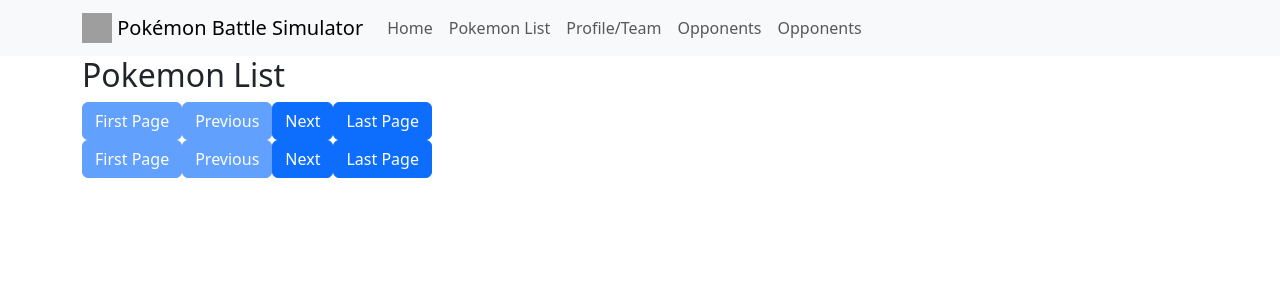
Repository: chsbca/Pokemon-Battle-Simulator
Page: /pokemon_list (app in front-end/)
These files come from the project's save history. The page is drawn as it stood at one moment and after the next save; the edit follows.
The browser window is 1280 px wide. The pictures show the whole page.
Pictures or frames that could not be fetched are drawn as grey boxes. The page's requests for data from a server got no answer. The project was rebuilt for these pictures with package versions that can differ from the ones it lists, and the page was loaded fresh each time. No one was signed in, and anything a server would have sent is missing. Also part of the build but not shown: front-end/vite.config.js, front-end/src/pages/Error404Page.jsx, front-end/src/pages/HomePage.jsx, front-end/src/pages/ProfilePage.jsx, front-end/src/pages/OpponentsPage.jsx.

Above is the page before, as saved 2024-04-11 11:47:54.

### front-end/index.html
<!doctype html>
<html lang="en">
  <head>
    <meta charset="UTF-8" />
    <link rel="icon" type="image/svg+xml" href="/vite.svg" />
    <meta name="viewport" content="width=device-width, initial-scale=1.0" />
    <title>Pokemon Battle Simulator!</title>
  </head>
  <body>
    <div id="root"></div>
    <script type="module" src="/src/main.jsx"></script>
  </body>
</html>

### front-end/src/main.jsx
import ReactDOM from "react-dom/client"
import { RouterProvider } from "react-router-dom"
import router from "./router"
import "bootstrap/dist/css/bootstrap.min.css";

ReactDOM.createRoot(document.getElementById('root')).render(
    <RouterProvider router={router}/>
    // <div>Hello world!</div>
)

### front-end/src/router.jsx
import { createBrowserRouter } from "react-router-dom";
import App from "./App.jsx"
import Error404Page from "./pages/Error404Page.jsx";
import HomePage from "./pages/HomePage.jsx"
import PokemonListPage from "./pages/PokemonListPage.jsx";
import ProfilePage from "./pages/ProfilePage.jsx";
import OpponentsPage from "./pages/OpponentsPage.jsx";

const router = createBrowserRouter([
    {
        path: "/",
        element: <App/>,
        children: [
            {
                index: true,
                element: <HomePage/>
            },
            {
                path: "/pokemon_list/",
                element: <PokemonListPage/>
            },
            {
                path: "/profile/",
                element: <ProfilePage/>
            },
            {
                path: "/opponents/",
                element: <OpponentsPage/>
            }
        ],
        errorElement: <Error404Page/>
    }
])

export default router;

### front-end/src/App.jsx
import { Outlet } from "react-router-dom"
import NavbarComponent from "./components/Navbar"

export default function App() {
  return (
    <>
      <NavbarComponent/>
      <Outlet/>
    </>
  )
}

### front-end/src/pages/PokemonListPage.jsx
import React, { useEffect, useState } from "react";
import axios from 'axios';
import { fetchPokemon } from "../fetching/PokemonFetch";
import 'bootstrap/dist/css/bootstrap.min.css';
import Spinner from 'react-bootstrap/Spinner';

const PokemonListPage = () => {
    const [pokemonDetails, setPokemonDetails] = useState([]);
    const [isLoading, setIsLoading] = useState(true);
    const [offset, setOffset] = useState(0);
    const limit = 20; // Number of items per page
    const totalPokemons = 1025; // Total number of Pokémon
    const lastPageOffset = totalPokemons - (totalPokemons % limit);



    console.log(`Current offset outside useEffect: ${offset}`); // Directly log state updates

    useEffect(() => {
        console.log(`Fetching with offset: ${offset}`); // Confirm offset is being updated

        const getPokemonDetails = async (pokemonList) => {
            const cacheKey = `pokemonDetails-${offset}`;
            const cachedData = sessionStorage.getItem(cacheKey);

            if (cachedData) {
                return JSON.parse(cachedData);
            }

            const promises = pokemonList.map(async (pokemon) => {
                const response = await axios.get(pokemon.url);
                const details = response.data;

                if (details.id >= 10000) {
                    return null;
                }

                return {
                    name: details.name,
                    pokedexNumber: details.id,
                    // sprite: details.sprites.front_default,
                    types: details.types.map(typeInfo => typeInfo.type.name),
                    stats: details.stats.reduce((acc, stat) => {
                        acc[stat.stat.name] = stat.base_stat;
                        return acc;
                    }, {})
                };
            });

            const detailedPokemon = await Promise.all(promises);
            sessionStorage.setItem(cacheKey, JSON.stringify(detailedPokemon)); // Cache the fetched data
            return detailedPokemon;
        };


        const getPokemon = async () => {
            setIsLoading(true);
            const data = await fetchPokemon(limit, offset);
            const detailedPokemon = await getPokemonDetails(data.pokemon_list);
            setPokemonDetails(detailedPokemon);
            console.log(data)
            setIsLoading(false);
        };
        getPokemon();
    }, [offset]); // Dependency array includes offset

    const handleFirstPage = () => {
        setOffset(0); // Set offset to 0 to fetch the first page
    };

    const handleNext = () => {
        console.log(`Next clicked, current offset: ${offset}`); // Debug log
        const newOffset = offset + limit;
        console.log(`New offset should be: ${newOffset}`); // Check the calculation
        setOffset(newOffset); // Directly set new offset for debugging
    };

    const handlePrevious = () => {
        console.log(`Previous clicked, current offset: ${offset}`);
        const newOffset = Math.max(0, offset - limit);
        console.log(`New offset should be: ${newOffset}`);
        setOffset(newOffset);
    };

    const handleLastPage = () => {
        setOffset(lastPageOffset);
    };


    if (isLoading) {
        return (
            <>
                <Spinner animation="border" role="status" />
                <div><h1>Loading Pokemon...</h1></div>
            </>
        );
    }

    return (
        <div className="container">
            <h2>Pokemon List</h2>
            <div className="pagination-controls">
                <button onClick={handleFirstPage} disabled={offset === 0} className="btn btn-primary">First Page</button>
                <button onClick={handlePrevious} disabled={offset === 0} className="btn btn-primary">Previous</button>
                <button onClick={handleNext} className="btn btn-primary">Next</button>
                <button onClick={handleLastPage} disabled={offset >= lastPageOffset} className="btn btn-primary">Last Page</button>
            </div>
            <div className="row">
                {pokemonDetails.map((pokemon, index) => {
                    if (!pokemon) return null;

                    return (
                        <div key={index} className="col-sm-6 col-md-4 col-lg-3 mb-4">
                            <div className="card">
                                {/* <img src={pokemon.sprite} className="card-img-top" alt={pokemon.name} /> */}
                                <div className="card-body">
                                    <h5 className="card-title">{pokemon.name}</h5>
                                    <p className="card-text">PokeDex #{pokemon.pokedexNumber}</p>
                                    <p className="card-text">Type/s: {pokemon.types.join(', ')}</p>
                                    <p className="card-text">HP: {pokemon.stats.hp}</p>
                                    <p className="card-text">Attack: {pokemon.stats.attack}</p>
                                    <p className="card-text">Defense: {pokemon.stats.defense}</p>
                                    <p className="card-text">Special Attack: {pokemon.stats["special-attack"]}</p>
                                    <p className="card-text">Special Defense: {pokemon.stats["special-defense"]}</p>
                                    <p className="card-text">Speed: {pokemon.stats.speed}</p>
                                </div>
                            </div>
                        </div>
                    );
                })}
            </div>
            <div className="pagination-controls">
                <button onClick={handleFirstPage} disabled={offset === 0} className="btn btn-primary">First Page</button>
                <button onClick={handlePrevious} disabled={offset === 0} className="btn btn-primary">Previous</button>
                <button onClick={handleNext} className="btn btn-primary">Next</button>
                <button onClick={handleLastPage} disabled={offset >= lastPageOffset} className="btn btn-primary">Last Page</button>
            </div>
        </div>
    );

}

export default PokemonListPage;

### front-end/src/components/Navbar.jsx
// import { useState } from "react";
// import { useNavigate, Link } from "react-router-dom"
import { Container, Navbar, Nav } from 'react-bootstrap'
import { Link, Outlet } from "react-router-dom";
// import pokeballIcon from 'pokeball_icon.svg.png';


export default function NavbarComponent() {
    return (
        <>
        <Navbar expand="lg" className='bg-body-tertiary'>
          <Container>
            <Navbar.Brand as={Link} to="/">
              <img
                alt=""
                src="/pokeball_icon.svg.png"
                width="30"
                height="30"
                className='d-inline-block align-top'
                />{' '}
              Pokémon Battle Simulator
              </Navbar.Brand>
            <Navbar.Toggle aria-controls='basic-navbar-nav'/>
            <Navbar.Collapse id='basic-navbar-nav'>
              <Nav className="me-auto">
                <Nav.Link as={Link} to="/">Home</Nav.Link>
                <Nav.Link as={Link} to="pokemon_list/">Pokemon List</Nav.Link>
                <Nav.Link as={Link} to="profile/">Profile/Team</Nav.Link>
                <Nav.Link as={Link} to="opponents/">Opponents</Nav.Link>
                <Nav.Link as={Link} to="opponents/">Opponents</Nav.Link>
              </Nav>
            </Navbar.Collapse>
          </Container>
        </Navbar>
        </>
      );
}

### front-end/src/fetching/PokemonFetch.jsx
import axios from 'axios'

export const fetchPokemon = async (limit = 20, offset = 0) => {
    try {
        const url = `https://pokeapi.co/api/v2/pokemon?limit=${limit}&offset=${offset}`;
        const response = await axios.get(url);
        return {
            pokemon_list: response.data.results,
            nextPage: response.data.next,
            previousPage: response.data.previous,
        };
    } catch (error) {
        console.error("error fetching pokemon:", error);
        return {
            pokemon_list: [],
            nextPage: null,
            previousPage: null,
        };
    }
};

After the next save:
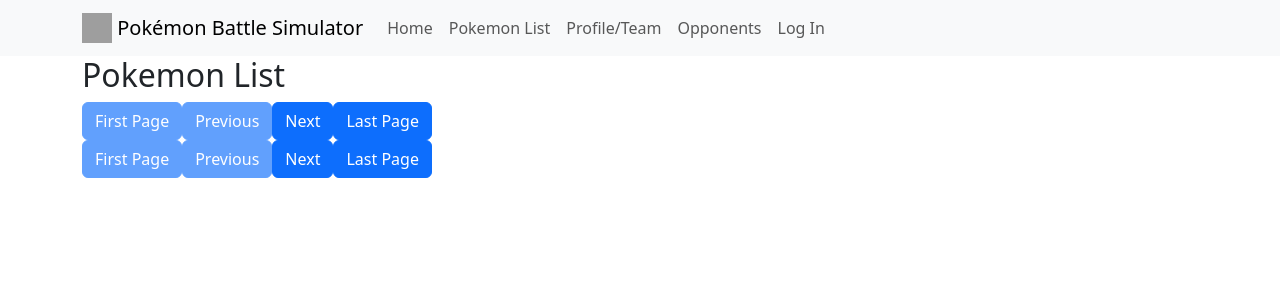
Saved 55 s later.
--- a/front-end/src/components/Navbar.jsx
+++ b/front-end/src/components/Navbar.jsx
@@ -27,7 +27,7 @@
                 <Nav.Link as={Link} to="pokemon_list/">Pokemon List</Nav.Link>
                 <Nav.Link as={Link} to="profile/">Profile/Team</Nav.Link>
                 <Nav.Link as={Link} to="opponents/">Opponents</Nav.Link>
-                <Nav.Link as={Link} to="opponents/">Opponents</Nav.Link>
+                <Nav.Link as={Link} to="login/">Log In</Nav.Link>
               </Nav>
             </Navbar.Collapse>
           </Container>
